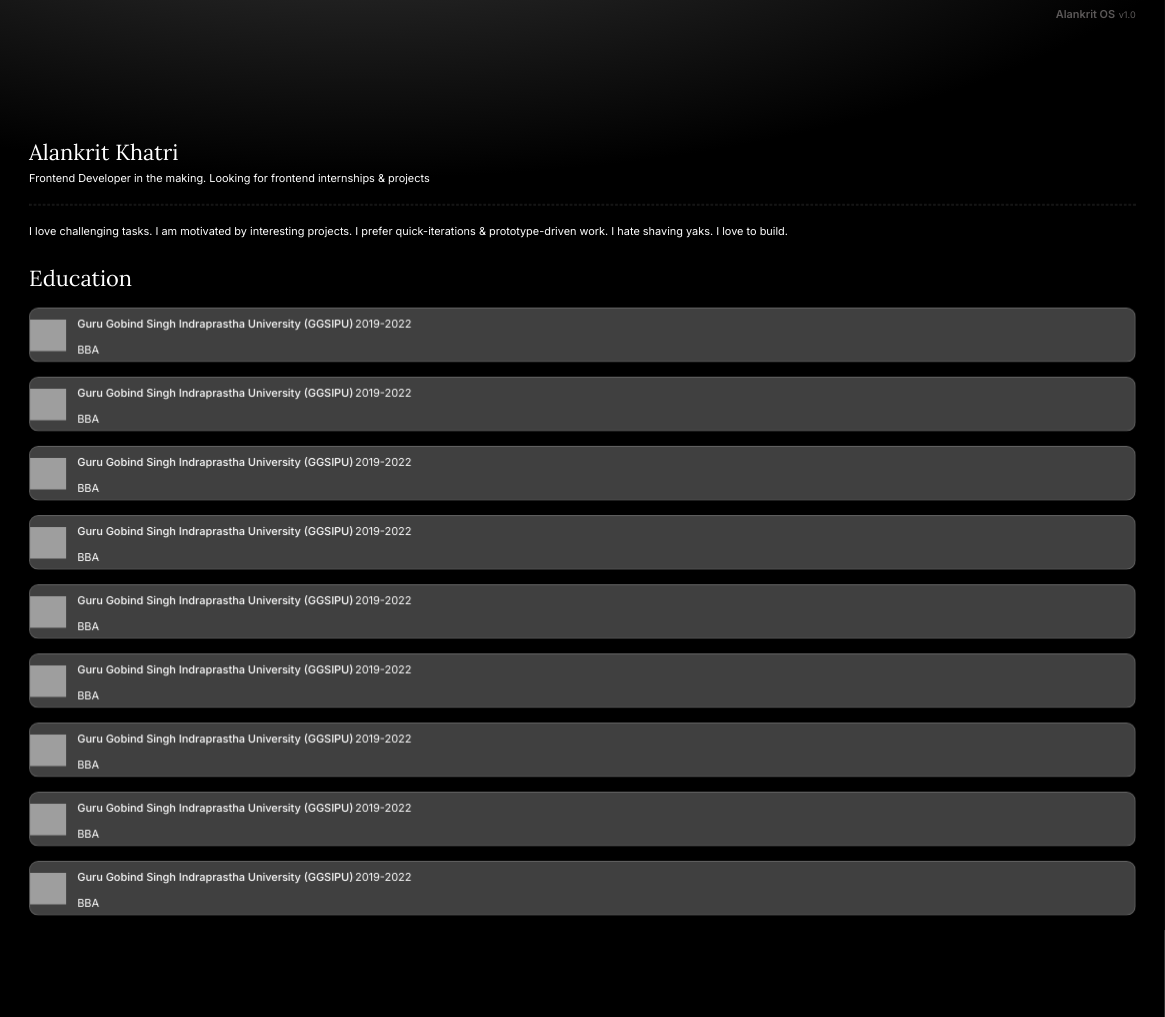
Repository: alankritkhatri/alankrit.xyz
Page: /
An editor plug-in stored every save of this project. The page is shown before and after the next save, followed by the edit.
The browser window is 1280 px wide. The pictures show the whole page, at 91% of full size.
Pictures or frames that could not be fetched are drawn as grey boxes. The project was rebuilt for these pictures with package versions that can differ from the ones it lists, and the page was loaded fresh each time. Also part of the build but not shown: vite.config.js, src/blog.jsx.

Above is the page before, as saved 2024-08-11 21:08:51.

After the next save:
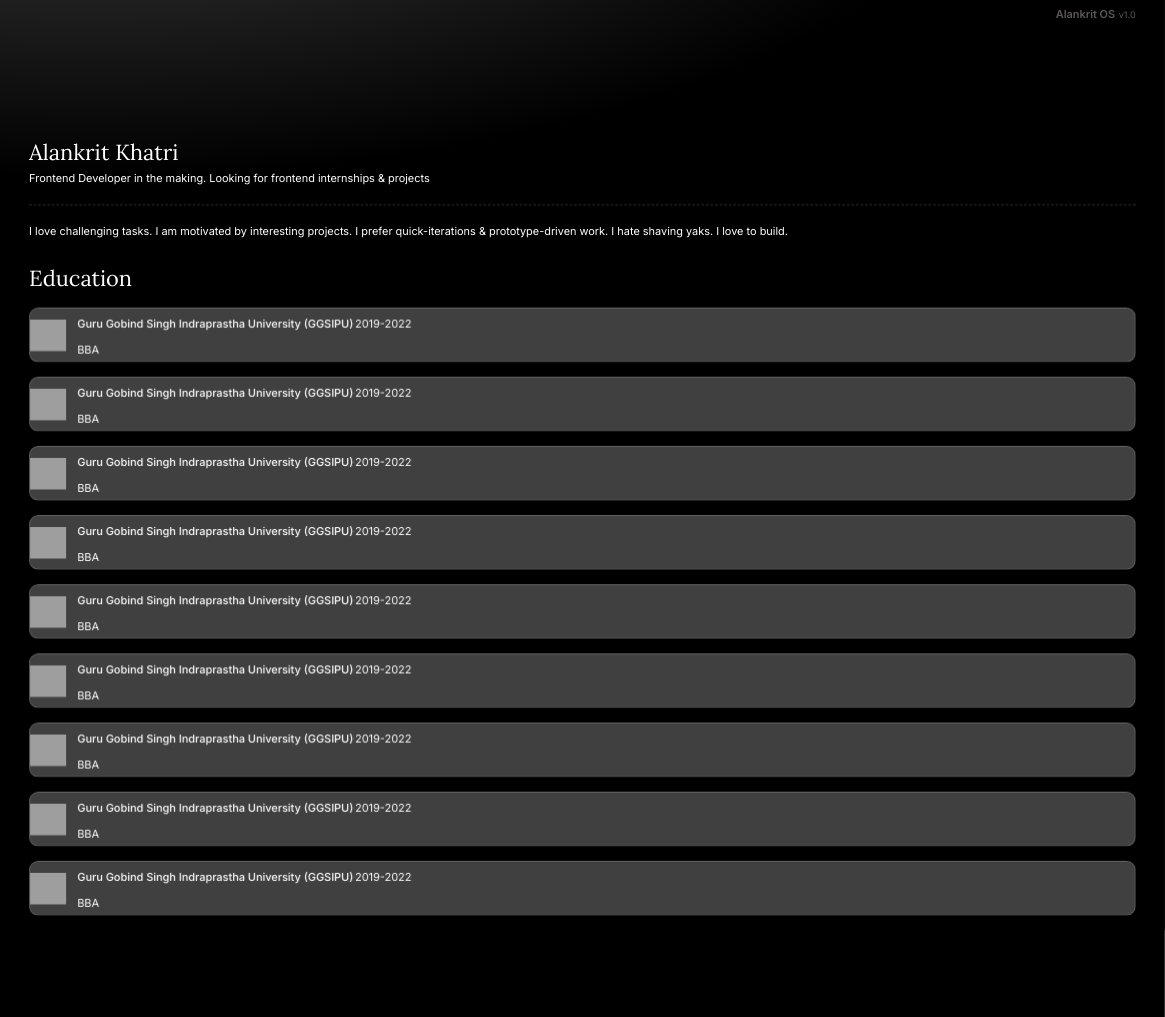
Saved 5 s later.
--- a/src/App.css
+++ b/src/App.css
@@ -7,7 +7,7 @@
 
 body,html{
   min-height: 100vh;
-background: radial-gradient(1000px 400px at 400px -20%, #404040, #000000)
+background: radial-gradient(1000px 400px at 100px -20%, #404040, #000000)
 }
 .main {
 
